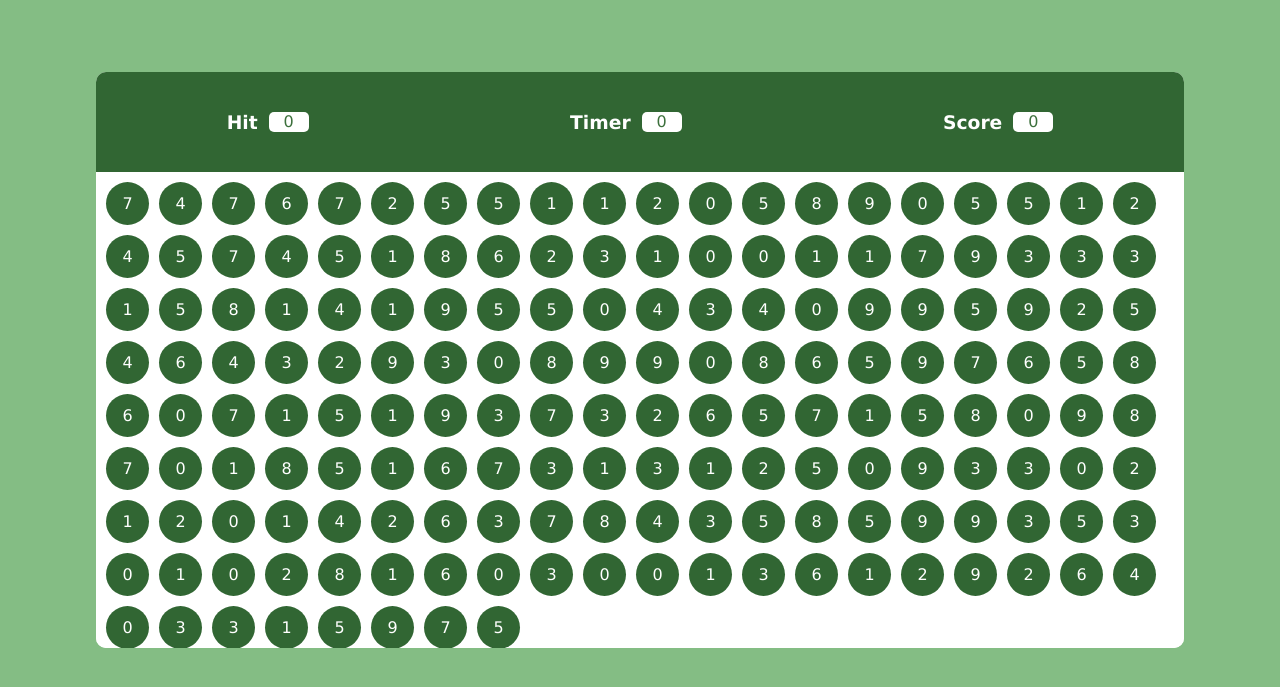
Repository: ketansharma22/BubbleGame
Page: index.html
An editor plug-in stored every save of this project. The page is shown before and after a run of saves, followed by the edit.
The browser window is 1280 px wide. The pictures show the whole page.
The pointer rests on the first visible `.bubble`.

Above is the page before, as saved 2024-02-18 23:34:19.

### index.html
<!DOCTYPE html>
<html lang="en">
<head>
    <meta charset="UTF-8">
    <meta name="viewport" content="width=device-width, initial-scale=1.0">
    <title>BubbleGame</title>
    <link rel="stylesheet" href="styles.css">
</head>
<body>
    <div class="main">
        <div class="show">
            <div class="upper">
                <div class="hit" id="sameee">
                    <h3>Hit</h3>
                    <div class="box">0</div>
                </div>
                <div class="timer" id="sameee">
                    <h3>Timer</h3>
                    <div class="box">0</div>
                </div>
                <div class="score" id="sameee">
                    <h3>Score</h3>
                    <div class="box">0  </div>
                </div>
            </div>

            <div class="lower" id="lower">

            </div>
        </div>
    </div>
    <script src="scripts.js"></script>
</body>
</html>

### styles.css
*{
    margin: 0;
    padding: 0;
    box-sizing: border-box;
    font-family:Verdana, Geneva, Tahoma, sans-serif
}
html,body{
    width: 100%;
    height: 100%;
}
.main{
    display: flex;
    justify-content: center;
    align-items: center;
    width: 100%;
    height: 100%;
    background-color: rgb(132, 189, 132);
}
.show{
    width: 85%;
    height: 80%;
    background-color: #fff;
    border-radius: 10px;
    overflow: hidden;
}
.upper{
    width: 100%;
    height: 100px;
    background-color:rgb(49, 102, 51);
    color: white;
    display: flex;
    align-items: center;
    justify-content: space-around;
}
.box{
    width: 40px;
    background-color: white;
    color:rgb(60, 112, 60);
    display: flex;
    justify-content: center;
    align-items: center;
    height: 20px;
    border-radius: 5px;
}
#sameee{
    display: flex;
    gap: 11px;
}


.lower{
    width: 100%;
    height: calc(100% - 100px);
    background-color: white;
    display: flex;
    flex-wrap: wrap;
    gap: 10px;
    padding: 10px;
}
.bubble{
    width: 43px;
    background-color:rgb(49, 102, 51);
    color: white;
    height: 43px;
    border-radius: 50%;
    display: flex;
    justify-content: center;
    align-items: center;
    cursor: pointer;

}
.bubble:hover{
    background-color: ;
}

### scripts.js
function generateBubble(){
    var a ="";
for(var i=1;i<169;i++){
        var val=Math.floor(Math.random()*10);
        a += `<div class="bubble">${val}</div>`;

}
document.querySelector("#lower").innerHTML = a;
}
generateBubble();

After the next 2 saves:
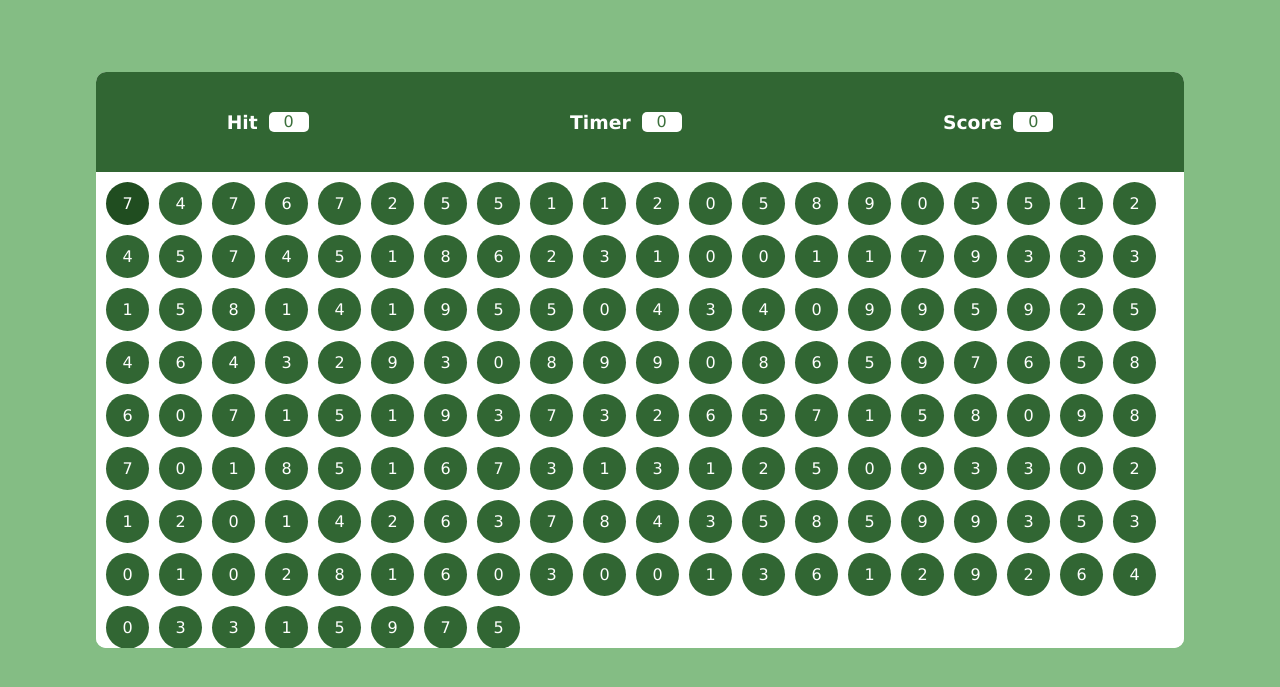
The 2 saves are shown as one change because they came seconds apart.
The last was saved 7 s later.
--- a/styles.css
+++ b/styles.css
@@ -70,5 +70,5 @@ html,body{
 
 }
 .bubble:hover{
-    background-color: ;
+    background-color: rgb(32, 77, 32);
 }
